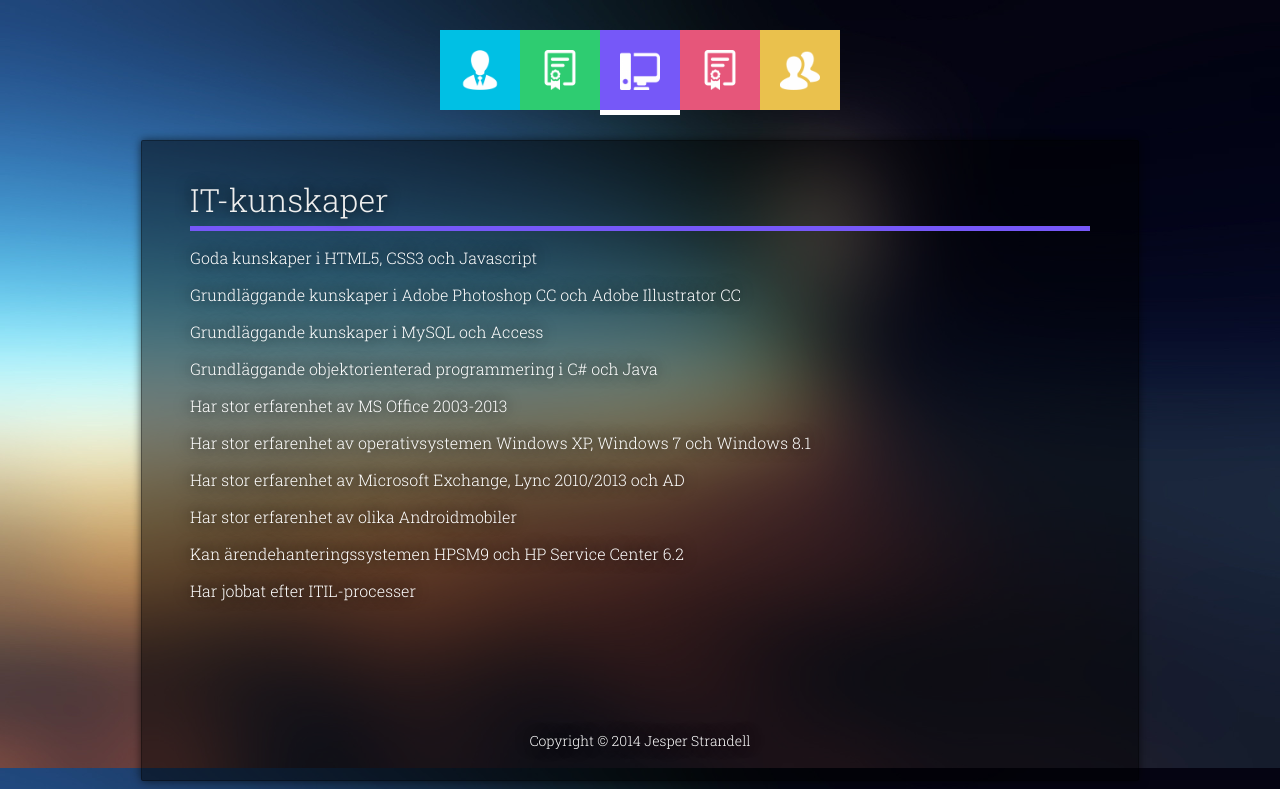
Repository: ja222vv/minipage
Page: pages/knowledge.html
The author's editor kept a record of every edit. The page is drawn from the files as they stood at one moment, then again after the next edit.
The browser window is 1280 px wide. The pictures show the whole page.
Backgrounds fixed to the window are drawn as part of the page.

Above is the page before.
Not found: pages/scripts/script.js

### pages/knowledge.html
<!doctype html>
<html lang="sv">
    <head>
        <meta charset="UTF-8" />
        <title>IT-kunskaper</title>
        <link rel="stylesheet" href="../css/style.css" />
        <link rel="stylesheet" href="../css/hover.css" />
    </head>
    <body>
        <div class="menu">
            <div class="tile blue shrink" id="aboutme">
                <a href="../index.html">
            	<img src="../css/pics/personimage.png" class="icon" />
            	<span class="title"></span>
                </a>
            </div>
            <div class="tile mint shrink" id="experience">
                <a href="experience.html" id="link_exp">
            	<img src="../css/pics/diploma.png" class="icon" />
            	<span class="title"></span>
            	</a>
            </div>
            <div class="tile purple active shrink" id="knowledge">
                <a href="#">
            	<img src="../css/pics/workstation.png" class="icon" />
                <span class="title"></span>
                </a>
            </div>
            <div class="tile red shrink" id="portfolio">
            	<a href="pages/portfolio.html">
            	<img src="css/pics/diploma.png" class="icon" />
            	<span class="title"></span>
            	</a>
            </div>
            <div class="tile yellow shrink" id="references">
                <a href="pages/references.html">
                <img src="css/pics/group.png" class="icon" />
            	<span class="title"></span>
                </a>
            </div>
        </div>
        <div class="container">
		    <div class="headerpurple">
                <h1>IT-kunskaper</h1>
            </div>
            <div class="subcontent">
                <p>
                    Goda kunskaper i HTML5, CSS3 och Javascript
                </p>
                <p>
                    Grundläggande kunskaper i Adobe Photoshop CC och Adobe Illustrator CC
                </p>
                <p>
                    Grundläggande kunskaper i MySQL och Access
                </p>
                <p>
                    Grundläggande objektorienterad programmering i C# och Java
                </p>
                <p>
                    Har stor erfarenhet av MS Office 2003-2013
                </p>
                <p>
                    Har stor erfarenhet av operativsystemen Windows XP, Windows 7 och Windows 8.1
                </p>
                <p>
                    Har stor erfarenhet av Microsoft Exchange, Lync 2010/2013 och AD
                </p>
                <p>
                    Har stor erfarenhet av olika Androidmobiler
                </p>
                <p>
                    Kan ärendehanteringssystemen HPSM9 och HP Service Center 6.2
                </p>
                <p>
                    Har jobbat efter ITIL-processer
                </p>
            </div>
		    <div class="footer">
		        <p>Copyright © 2014 Jesper Strandell</p>
		    </div>
        </div>
        <script type="text/javascript" src="scripts/script.js"></script>
    </body>
</html>

### css/style.css
@import url(//fonts.googleapis.com/css?family=Roboto+Slab:300);

@font-face {
    font-family: LeagueScript;
    src: url('LeagueScript.otf');
}

/*
outline: 7px solid rgba(255,255,255,0);
transition: outline .5s ease-out;
position: relative; /* outline */

html {
	background: #000 url(pics/wallpaper.jpg) no-repeat fixed center center;
	background-size: cover;
	overflow-y: scroll;
}

body {
	font-family: 'Roboto slab', serif;
	color: #FFFFFF;
	font-size: 16px;
	text-shadow: 1px 1px 15px #111;
}
img {
    border:none;
}
h1 {
  color: #eee;
  font-weight:normal;
}
.logotype {
    font-family: LeagueScript;
    font-size:36px;
    font-weight: bold;
    margin-left:30px;
    float:left;
}
.meta {
    font-size:20px;
    font-family: LeagueScript;
    text-align:center;
    margin-left:60px;
    float:left;
}
.meta p {
    margin:0;
    text-shadow: -1px -1px 15px #000000;
}
/* Menyn börjar */
.menu {
    width: 400px;
    height: 80px;
    margin-top:30px;
    margin-left:auto;
	margin-right:auto;
}
.headerblue {
    margin-left:auto;
	margin-right:auto;
	border-bottom: solid 5px #00c0e4;
}
.headermint {
    margin-left:auto;
	margin-right:auto;
	border-bottom: solid 5px #2ecc71;
}
.headerpurple {
    margin-left:auto;
	margin-right:auto;
	border-bottom: solid 5px #7658f8;
}
.headeryellow {
    margin-left:auto;
	margin-right:auto;
	border-bottom: solid 5px #eac14d;
}
.headerred {
    margin-left:auto;
	margin-right:auto;
	border-bottom: solid 5px #e6567a;
}
.headerblue h1, .headermint h1, .headerpurple h1, .headeryellow h1, .headerred h1 {
    margin-bottom: 5px;
}
.tile {
    width: 80px;
	height: 80px;
	text-align: center;
	float:left;
}
.tile > a {
	width: inherit;
	height: inherit;
	display: block;
	color: #fff;
	text-decoration: none !important;
}
.active {
    border-bottom:solid 5px #FFFFFF;
}
.blue {
    background-color: #00c0e4;
}
.mint {
    background-color: #2ecc71;
}
.purple {
    background-color: #7658f8;
}
.yellow {
    background-color: #eac14d;
}
.red {
    background-color: #e6567a;
}
.icon {
	max-width:40px;
    max-height:40px;
    width:auto;
    height:auto;
    margin-top:20px;
}
.title {
	display: block;
}
/* Menyn slutar */
/* Innehåll börjar*/
.container {
    padding: 1em 3em;
	width: 900px;
	min-height: 600px;
	margin-top: 30px;
	margin-left:auto;
	margin-right:auto;
	box-shadow: 0 0 10px rgba(0,0,0,.6);
	border-radius: 2px;
	border: 1px solid #000000;
	border: 1px solid rgba(0,0,0,.3);
	background: rgba(0,0,0,.5);
	text-shadow: -1px -1px 15px #000000;
	filter: progid:DXImageTransform.Microsoft.gradient(GradientType=0,startColorstr='#4c000000', endColorstr='#4c000000');

}
.subcontent {
    min-height: 470px;
}
.nostyle {
    list-style:none;
}
.footer {
    font-size: 14px;
    text-align:center;
}
/* Innehåll slutar*/


* {
	-webkit-touch-callout: none;
	-webkit-user-select: none;
	-khtml-user-select: none;
	-moz-user-select: none;
	-ms-user-select: none;
	user-select: none;
}

Loaded but not shown: css/hover.css (2067 lines, source omitted)

After the next edit:
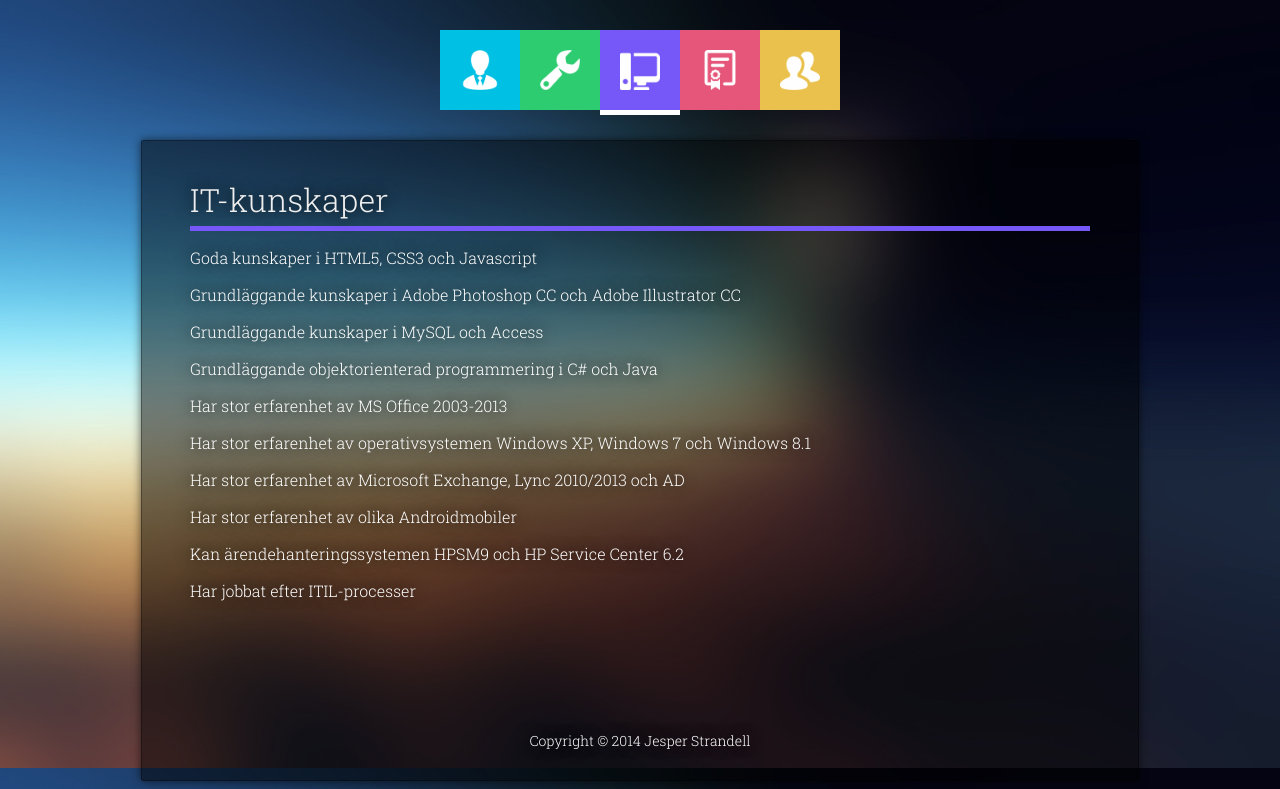
The edit:
--- a/pages/knowledge.html
+++ b/pages/knowledge.html
@@ -16,7 +16,7 @@
             </div>
             <div class="tile mint shrink" id="experience">
                 <a href="experience.html" id="link_exp">
-            	<img src="../css/pics/diploma.png" class="icon" />
+            	<img src="../css/pics/wrench.png" class="icon" />
             	<span class="title"></span>
             	</a>
             </div>
